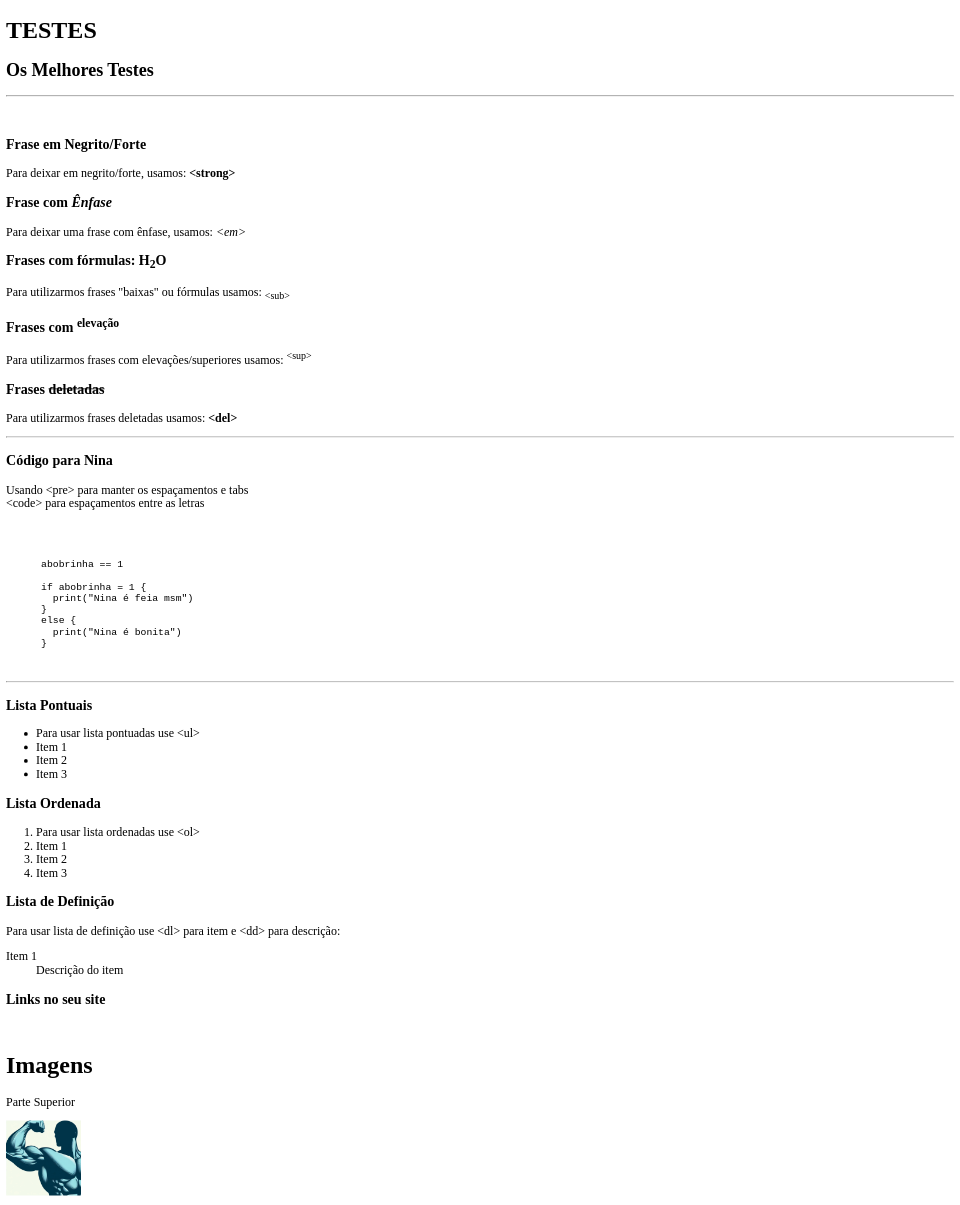
Repository: LuidyOn/Site_Forca_Total
Page: ForçaTotal/teste.html
These files come from the project's save history. The page is drawn as it stood at one moment and after the next save; the edit follows.
The browser window is 1280 px wide. The pictures show the whole page, at 75% of full size.

Above is the page before, as saved 2025-05-15 14:17:01.

After the next save:
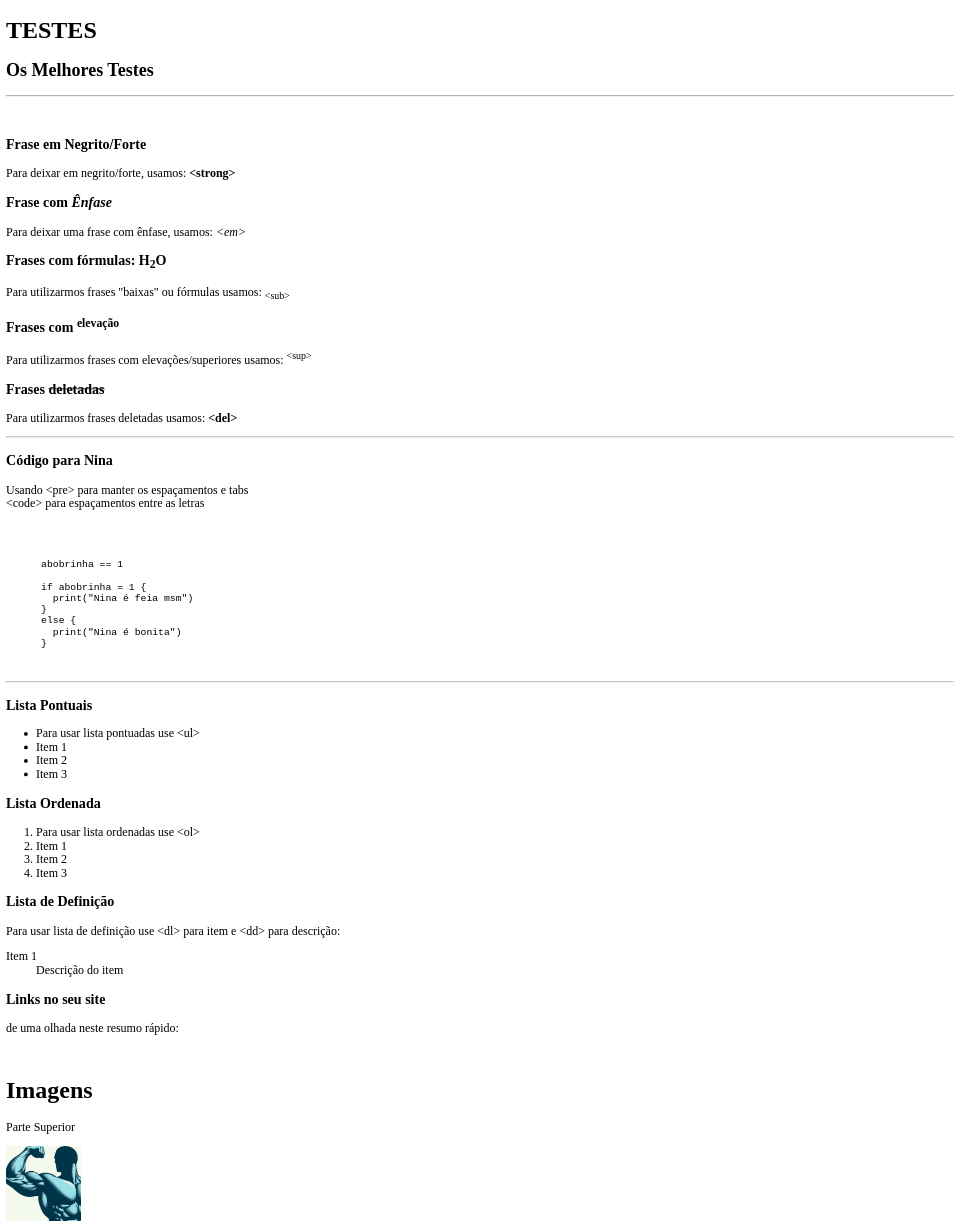
Saved 5 s later.
--- a/ForçaTotal/teste.html
+++ b/ForçaTotal/teste.html
@@ -78,6 +78,7 @@
     </dl>
 
     <h3>Links no seu site</h3>
+    <p>de uma olhada neste resumo rápido: <a href="https://www.youtube.com/watch?v=dQw4w9WgXcQ"></a></p>
 
   <p><br></p>
 
